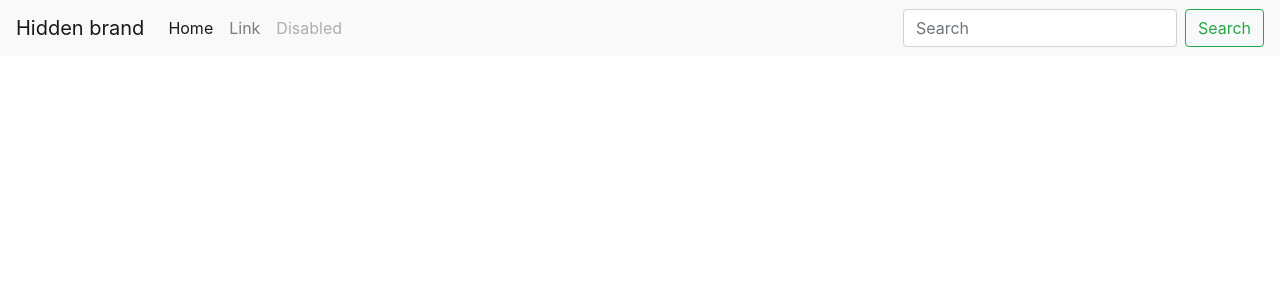
Repository: p2job/javawebapp
Page: http://localhost/demojsp/
These files come from the project's save history. The page is drawn as it stood at one moment and after the next save; the edit follows.
The browser window is 1280 px wide. The pictures show the whole page.
The page is served by Tomcat 9.

Above is the page before, as saved 2020-07-31 07:45:40.

After the next save:
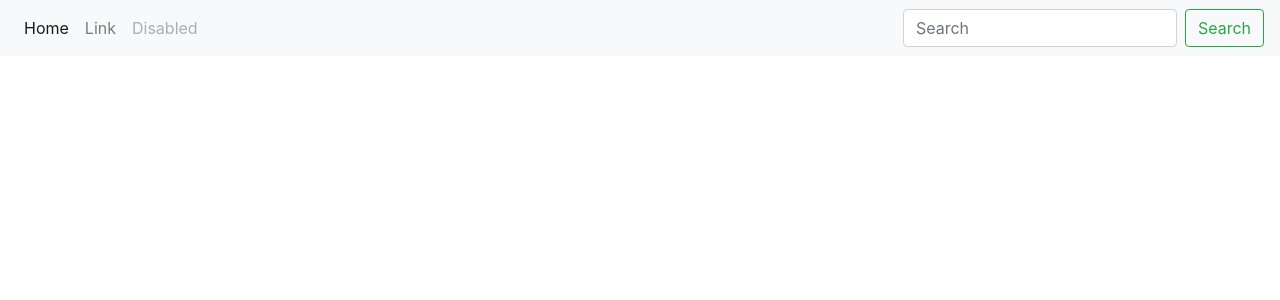
Saved 23 s later.
--- a/demojsp/WebContent/index.jsp
+++ b/demojsp/WebContent/index.jsp
@@ -14,7 +14,6 @@
     <span class="navbar-toggler-icon"></span>
   </button>
   <div class="collapse navbar-collapse" id="navbarTogglerDemo01">
-    <a class="navbar-brand" href="#">Hidden brand</a>
     <ul class="navbar-nav mr-auto mt-2 mt-lg-0">
       <li class="nav-item active">
         <a class="nav-link" href="#">Home <span class="sr-only">(current)</span></a>
